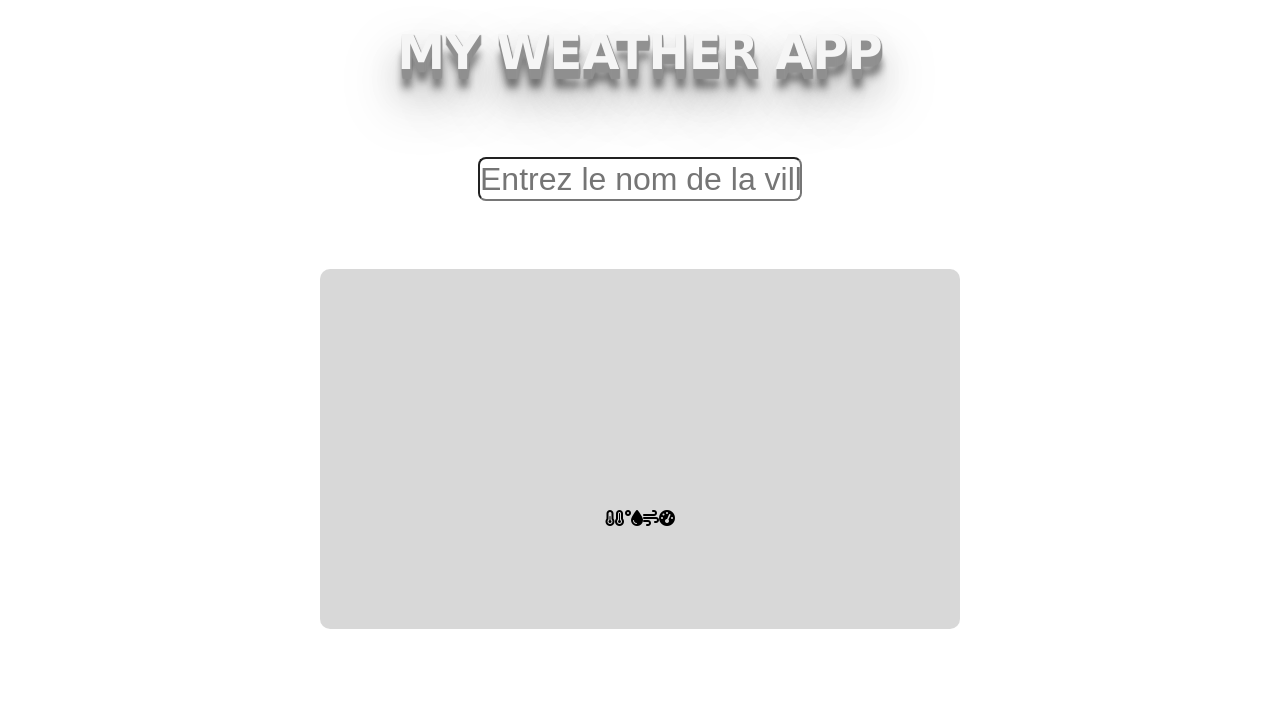
Repository: JeffnyAugustin/MyWeatherApp
Page: index.html
The author's editor kept a copy of each file at every save. The page is drawn from the files as they stood at one save, then again after the next save.
The browser window is 1280 px wide. The pictures show the whole page.

Above is the page before, as saved 2023-11-14 22:48:05.

### index.html
<!DOCTYPE html>
<html lang="fr">

<head>
    <meta charset="UTF-8">
    <meta http-equiv="X-UA-Compatible" content="IE=edge">
    <meta name="viewport" content="width=device-width, initial-scale=1.0">
    <link rel="stylesheet" href="https://cdnjs.cloudflare.com/ajax/libs/font-awesome/6.4.0/css/all.min.css"
        integrity="sha512-iecdLmaskl7CVkqkXNQ/ZH/XLlvWZOJyj7Yy7tcenmpD1ypASozpmT/E0iPtmFIB46ZmdtAc9eNBvH0H/ZpiBw=="
        crossorigin="anonymous" referrerpolicy="no-referrer" />

    <link rel="stylesheet" href="/css/style.css">
    <title>My Weather App</title>
</head>

<body>



    <div id="container"></div>

    <script src="/js/script.js"></script>
</body>

</html>

### css/style.css
* {
    padding : 0;
    margin: 0;
}

body {
    display: flex;
    justify-content: center;
    height: 100vh;
    width: 100vw;
    background-color: linear-gradient(0deg, rgba(34,113,195,1) 0%, rgba(231,207,157,1) 100%);
    overflow-y: hidden;
}

#container {
    display: flex;
    flex-direction: column;
    align-items: center;
    justify-content: space-around;
    gap: 20px;

}

#searchBox {
    text-align: center;
    width: 50%;
    height: 40px;
    border-radius: 8px;
    margin-top: 10px;
    font-size: 2rem;
}


#allTogether {
    width: 50VW;
    height: 50VH;
    display: flex;
    flex-direction: column;
    justify-content: space-evenly;
    align-items: center;
    background-color: rgb(158 158 158 / 40%);
    border-radius: 10px;
}

div#meteoElement {
    display: flex;
    flex-direction: row;
    justify-content: space-around;
    flex-wrap: wrap;
}

div#cityElement {
    display: flex;
    flex-direction: row;
    gap: 10px;
    justify-content: center;
}

div#cityDescription {
    display: flex;
    flex-direction: column;
    gap: 20PX;
}

#prevision {
    background-color: rgb(134 126 126 / 41%);
    display: flex;
    flex-direction: row;
    justify-content: center;
    align-items: center;
    gap: 10px;
}

.day-forecast {
    display: flex;
    flex-direction: column;
    align-items: center;
    height: 100%;
    width: 230px;
    background-color: #c1a8b6;
}


p {
    font-size: 2rem;
    color: white;
}

p.cityName {
    text-align: center;
}

h1.textTitle {
    text-transform: uppercase;
    font-family: verdana;
    font-size: 3em;
    font-weight: 700;
    color: #f5f5f5;
    text-shadow: 1px 1px 1px #919191,
        1px 2px 1px #919191,
        1px 3px 1px #919191,
        1px 4px 1px #919191,
        1px 5px 1px #919191,
        1px 6px 1px #919191,
        1px 7px 1px #919191,
        1px 8px 1px #919191,
        1px 9px 1px #919191,
        1px 10px 1px #919191,
    1px 18px 6px rgba(16,16,16,0.4),
    1px 22px 10px rgba(16,16,16,0.2),
    1px 25px 35px rgba(16,16,16,0.2),
    1px 30px 60px rgba(16,16,16,0.4);
}

### js/script.js
// Clé D'api
const API_KEY = "b476218e49ef0d0755a713e9ba77f79a";
// Lien vers L'api finissant par une recherche
const API_URL = `https://api.openweathermap.org/data/2.5/forecast?appid=${API_KEY}&units=metric&lang=fr&q=`;


const divContain = document.getElementById("container");
divContain.id = "container";


const titleDiv = document.createElement("div");
titleDiv.className = "title";

// Création H1
const heading = document.createElement('h1');
heading.className = "textTitle"

// Set the text content of the h1 element
heading.textContent = 'My Weather App';




// Création barre de recherche
const inputSearch = document.createElement("input");
inputSearch.id = "searchBox";
inputSearch.type = "text";
inputSearch.placeholder = "Entrez le nom de la ville"; // Ajout du placeholder

// Création de div
const newDiv = document.createElement("div");
newDiv.id = "allTogether";

// Création de div
const forecastDiv = document.createElement("div");
forecastDiv.id = "prevision";




const infoCityDiv = document.createElement("div");
infoCityDiv.id = "cityDescription";


// Création de div oiuyr stocker img + description
const cityImgDiv = document.createElement("div");
cityImgDiv.id = "cityElement";

// Création de div pour afficher les informations météorologiques
const weather = document.createElement("div");
weather.id = "meteoElement";

// Création balise paragraphe pour collecter le nom de la ville
const cityName = document.createElement("p");
cityName.className = "cityName";

// Création de div pour afficher la température
const temperatureDiv = document.createElement("div");
temperatureDiv.className = "temperature-container";

// Création balise paragraphe
const temperature = document.createElement("p");
temperature.className = "temps";

// Création de div pour afficher le temps ressenti
const feelsLikeDiv = document.createElement("div");
feelsLikeDiv.className = "feels-like-container";

// Création balise paragraphe pour la sensation thermique
const feelsLike = document.createElement("p");
feelsLike.className = "feels-like";

// Création de div pour afficher l'humidité
const humidityDiv = document.createElement("div");
humidityDiv.className = "humidity-container";

// Création de balise paragraphe pour l'humidité
const humidity = document.createElement("p");
humidity.className = "humidity";

// Création de div pour afficher le vent
const windDiv = document.createElement("div");
windDiv.className = "wind-container";

// Création de balise wind
const DataWind = document.createElement("p");
DataWind.className = "wind";



// Création de div pour l'humidité
const pressureDiv = document.createElement("div");
pressureDiv.className = "pressure-container";

// Création de balise paragraphe pour la pression atmosphérique
const pressure = document.createElement("p");
pressure.className = "pressure";

// Création de div pour afficher la description
const descriptionDiv = document.createElement("div");
descriptionDiv.className = "description-container";

// Création de balise paragraphe pour la description
const description = document.createElement("p");
description.className = "description";



// Création balise image
const image = document.createElement("img");

// Création balise icône pour la température
const temperatureIcon = document.createElement("i");
temperatureIcon.className = "fas fa-thermometer-half";

// Création balise icône pour la sensation thermique
const feelsLikeIcon = document.createElement("i");
feelsLikeIcon.className = "fas fa-temperature-high";

// Création balise icône pour l'humidité
const humidityIcon = document.createElement("i");
humidityIcon.className = "fas fa-tint";

// Création balise icône pour le vent
const windIcon = document.createElement("i");
windIcon.className = "fas fa-wind";

// Création balise icône pour la pression
const pressureIcon = document.createElement("i");
pressureIcon.className = "fas fa-tachometer-alt";



temperatureDiv.append(temperatureIcon, temperature); // ajout de l'icône

feelsLikeDiv.append(feelsLikeIcon, feelsLike); // ajout de l'icône

humidityDiv.append(humidityIcon, humidity); // ajout de l'icône

windDiv.append(windIcon, DataWind); // ajout de l'icône

pressureDiv.append(pressureIcon, pressure)

descriptionDiv.appendChild( description); // ajout de l'icône




// Function to format the date and time
function formatDateTime() {
    const currentDate = new Date();
    const options = { weekday: 'long', year: 'numeric', month: 'long', day: 'numeric', hour: 'numeric', minute: 'numeric'};
    return currentDate.toLocaleDateString('fr-FR', options);
}

// Create a div to display the date and time
    const dateTimeDiv = document.createElement("div");
    dateTimeDiv.id = "dateTime";
    infoCityDiv.appendChild(dateTimeDiv);

function checkWeather(city) {
    fetch(API_URL + city)
        .then(res => {
            if (!res.ok) {
                throw new Error("La ville n'a pas été trouvée");
            }
            return res.json();
        })
        .then(data => {
            cityName.textContent = data.city.name;
            image.src = `http://openweathermap.org/img/w/${data.list[0].weather[0].icon}.png`;

            description.textContent = data.list[0].weather[0].description;
            temperature.innerHTML = ` Température :  ${Math.round(data.list[0].main.temp)}°C `;
            feelsLike.textContent = "Temps Ressenti : " + Math.round(data.list[0].main.feels_like) + "°C";
            humidity.textContent = "humidityIcon : " + data.list[0].main.humidity + "%";
            DataWind.textContent = "Vitesse du vent : " + Math.floor(data.list[0].wind.speed) + " Km/h";
            pressure.textContent = "Pression : " + data.list[0].main.pressure + " hPa";


             // Afficher les prévisions pour les 5 prochains jours
             for (let i = 0; i < data.list.length; i += 8) {
                const dayForecast = document.createElement("div");
                dayForecast.className = "day-forecast";

                const date = new Date(data.list[i].dt * 1000);
                const dayName = new Intl.DateTimeFormat('fr-FR', { weekday: 'long' }).format(date);

                const dayNameElement = document.createElement("p");
                dayNameElement.textContent = dayName;

                const iconElement = document.createElement("img");
                iconElement.src = `http://openweathermap.org/img/w/${data.list[i].weather[0].icon}.png`;

                const descriptionElement = document.createElement("p");
                descriptionElement.textContent = data.list[i].weather[0].description;

                const temperatureElement = document.createElement("p");
                temperatureElement.textContent = ` ${Math.round(data.list[i].main.temp)}°C`;

                dayForecast.append(dayNameElement, iconElement, descriptionElement, temperatureElement);
                forecastDiv.appendChild(dayForecast);
             }

               // Display the date and time
               dateTimeDiv.textContent = "Date du jour : " + formatDateTime();

        })
        .catch(error => {
            console.error("Erreur de requête :", error.message);
            // Ajoutez ici un traitement pour informer l'utilisateur de l'erreur
        });
}

inputSearch.addEventListener("change", () => {
    checkWeather(inputSearch.value);
});


weather.append(temperatureDiv, feelsLikeDiv, humidityDiv, windDiv, pressureDiv); // ajout des éléments Weather
newDiv.append(infoCityDiv, weather); // ajout du conteneur Weather à newDiv
infoCityDiv.append(cityName, cityImgDiv)
cityImgDiv.append(image, descriptionDiv)
titleDiv.appendChild(heading)
divContain.append(titleDiv, inputSearch, newDiv, forecastDiv); // ajout de tous les éléments à divContain
document.body.appendChild(divContain);



// Mise à jour des informations météorologiques toutes les 5 minutes
setInterval(function () {
    // Ici, mettre à jour les informations de la météo à l'aide de l'API ou d'autres sources
    // Vous pouvez appeler la fonction checkWeather avec la dernière ville recherchée
    checkWeather(inputSearch.value);
}, 5 * 60 * 1000);

After the next save:
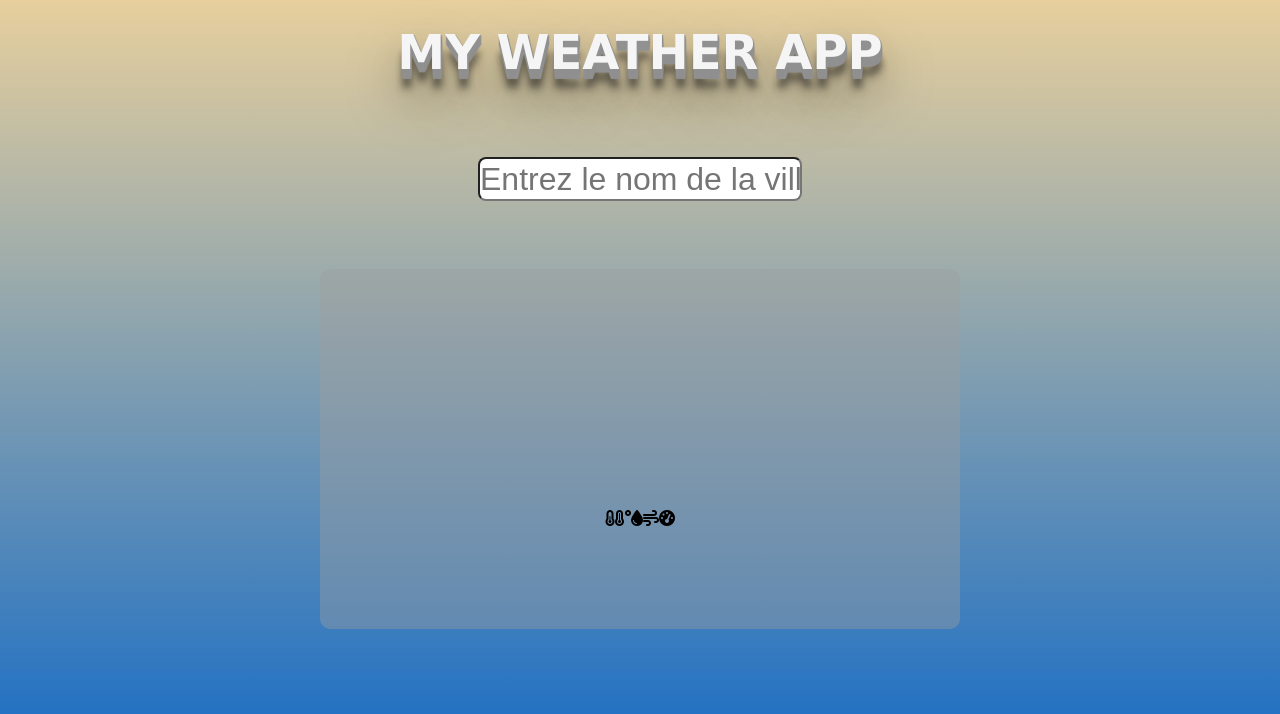
Saved 55 s later.
--- a/css/style.css
+++ b/css/style.css
@@ -8,7 +8,7 @@ body {
     justify-content: center;
     height: 100vh;
     width: 100vw;
-    background-color: linear-gradient(0deg, rgba(34,113,195,1) 0%, rgba(231,207,157,1) 100%);
+    background: linear-gradient(0deg, rgba(34,113,195,1) 0%, rgba(231,207,157,1) 100%);
     overflow-y: hidden;
 }
 
